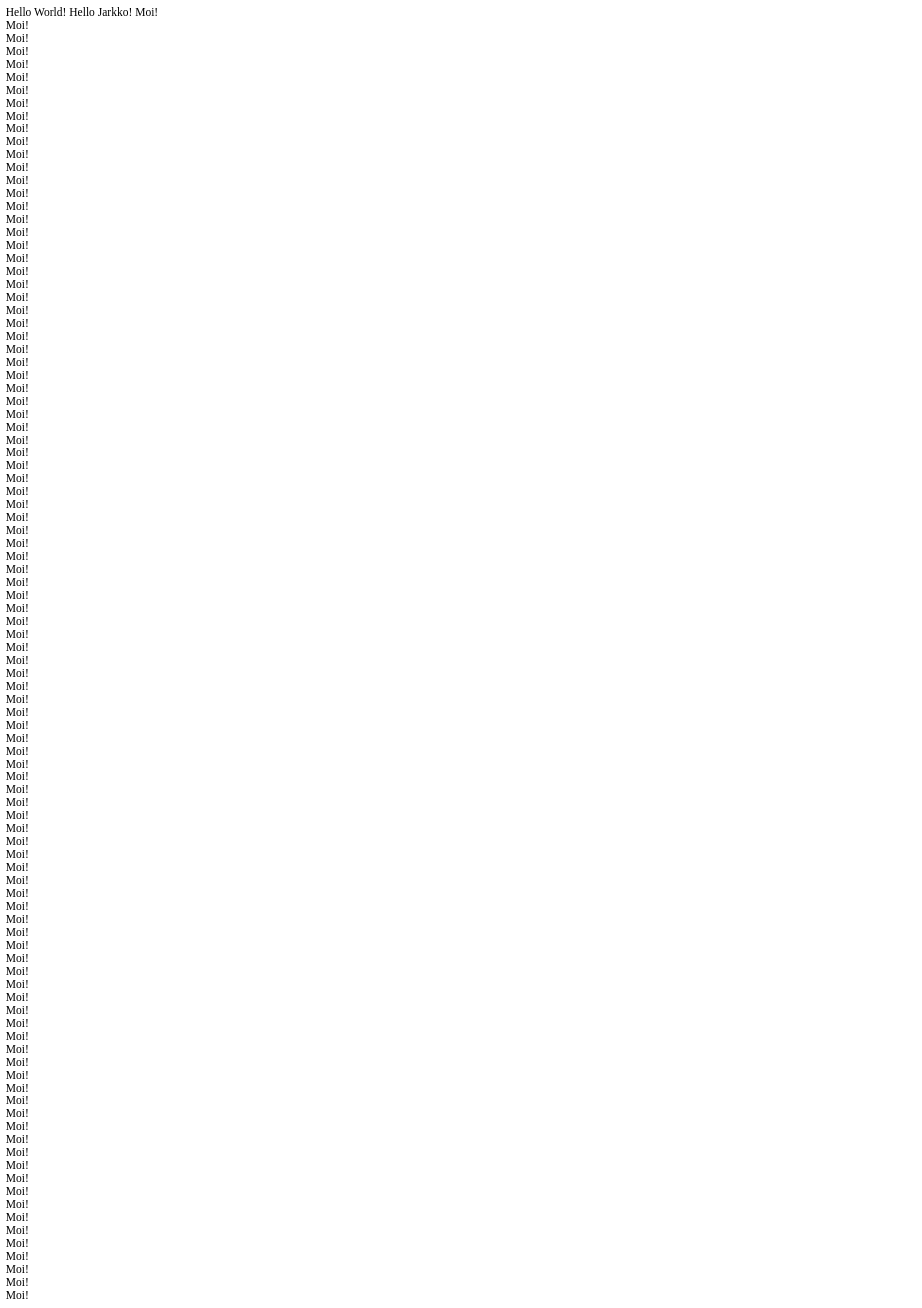
Repository: jajusu/Ohjelmointi2
Page: http://localhost/OmaEka/NewFile.jsp
These files come from the project's save history. The page is drawn as it stood at one moment and after the next save; the edit follows.
The browser window is 1280 px wide. The pictures show the whole page, at 72% of full size.
The page is served by Tomcat 9.

Above is the page before, as saved 2021-04-08 21:16:49.

### OmaEka/WebContent/NewFile.jsp
<%@ page language="java" contentType="text/html; charset=ISO-8859-1"
    pageEncoding="ISO-8859-1"%>
<!DOCTYPE html>
<html>
<head>
<meta charset="ISO-8859-1">
<title>Insert title here</title>
</head>
<body>
Hello World!
Hello Jarkko!

<%
for (int i=0; i<100;i++){
	out.print("Moi!<br>");
}
%>
</body>
</html>

After the next save:
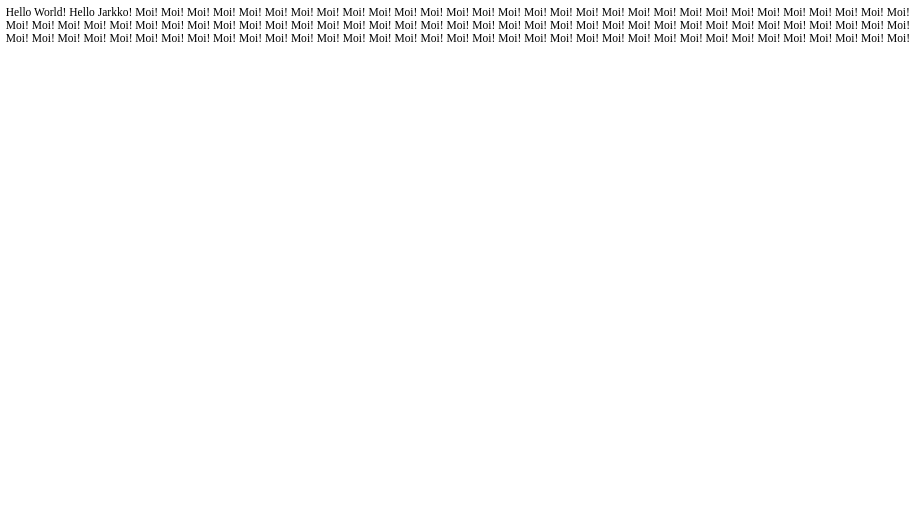
Saved 105 s later.
--- a/OmaEka/WebContent/NewFile.jsp
+++ b/OmaEka/WebContent/NewFile.jsp
@@ -12,7 +12,7 @@
 
 <%
 for (int i=0; i<100;i++){
-	out.print("Moi!<br>");
+	out.print("Moi!\n");
 }
 %>
 </body>

After the save that followed:
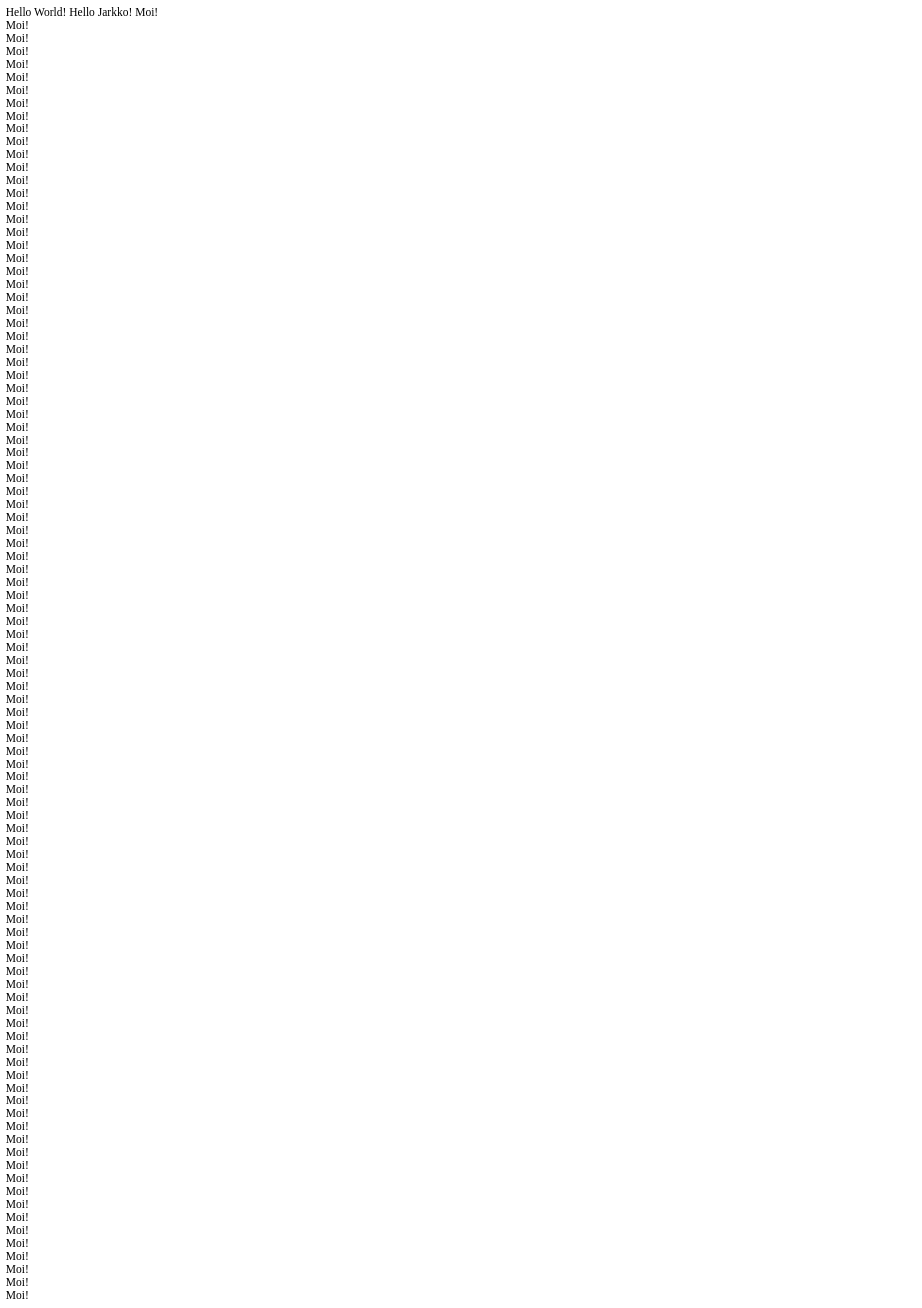
Saved 18 s later.
--- a/OmaEka/WebContent/NewFile.jsp
+++ b/OmaEka/WebContent/NewFile.jsp
@@ -12,7 +12,7 @@
 
 <%
 for (int i=0; i<100;i++){
-	out.print("Moi!\n");
+	out.print("Moi!<br>\n");
 }
 %>
 </body>
